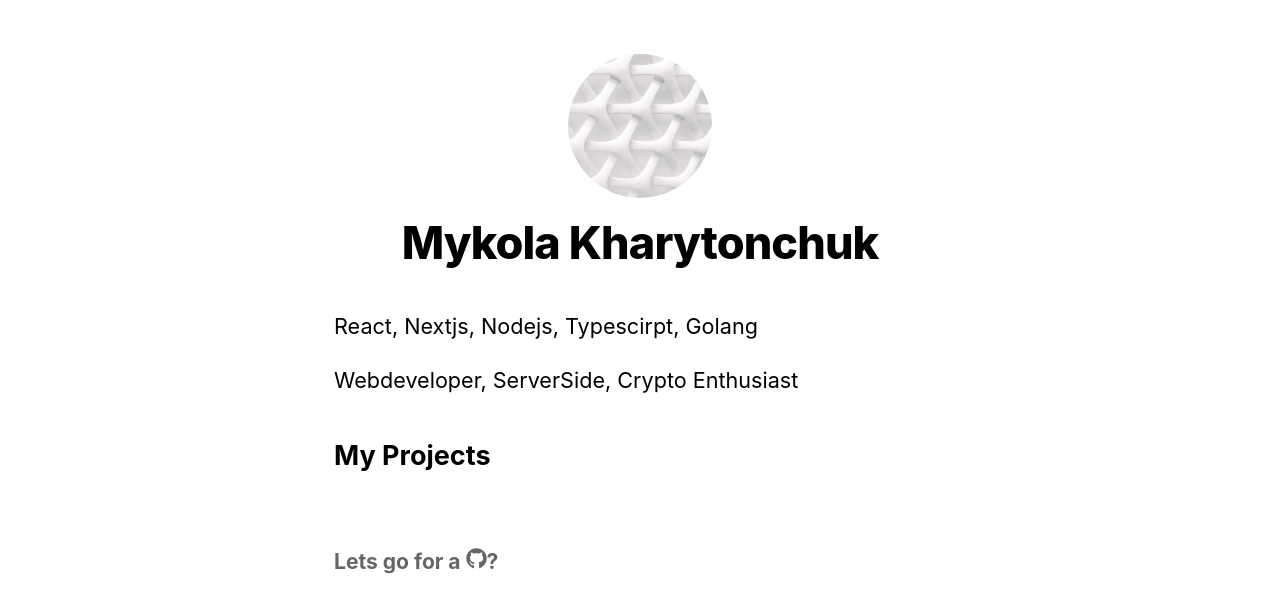
Repository: Mooninghnk/resume
Page: /
An editor plug-in stored every save of this project. The page is shown before and after a run of saves, followed by the edit.
The browser window is 1280 px wide. The pictures show the whole page.
The project was rebuilt for these pictures with package versions that can differ from the ones it lists, and the page was loaded fresh each time. The framework's server and built-in components were replaced by stand-ins that run in the browser.

Above is the page before, as saved 2021-12-29 20:17:41.

### pages/_app.tsx
import '../styles/global.css'

import { AppProps } from 'next/app'

function App({ Component, pageProps }: AppProps) {
  return <Component {...pageProps} />
}

export default App

### pages/index.tsx
import Head from 'next/head'
import Layout from '../components/layout'
import utilStyles from '../styles/utils.module.css'

import {FaGithub } from 'react-icons/fa';
export default function Home({ allPostsData }) {
  return (
    <Layout home>
      <Head>
        <title>{"resume"}</title>
      </Head>
      <section className={utilStyles.headingMd}>
        <p>React, Nextjs, Nodejs, Typescirpt, Golang</p>
        <p>
         Webdeveloper, ServerSide, Crypto Enthusiast{' '}

        </p>
      </section>
      <section className={`${utilStyles.headingMd} ${utilStyles.padding1px}`}>
        <h2 className={utilStyles.headingLg}>My Projects</h2>
        <ul className={utilStyles.list}>

            <li className={utilStyles.listItem} >

              <br />
              <small className={utilStyles.lightText}>
              <h3> Lets go for a <FaGithub />? </h3>
              </small>
            </li>

        </ul>
      </section>
    </Layout>
  )
}

### components/layout.tsx
import Head from 'next/head'
import Image from 'next/image'
import styles from './layout.module.css'
import utilStyles from '../styles/utils.module.css'
import Link from 'next/link'

const name = '[Your Name]'
export const siteTitle = 'Next.js Sample Website'

export default function Layout({ children, home }) {
  return (
    <div className={styles.container}>
      <Head>
        <link rel="icon" href="/favicon.ico" />
        <meta
          name="description"
          content="Learn how to build a personal website using Next.js"
        />
        <meta
          property="og:image"
          content={`https://og-image.vercel.app/${encodeURI(
            siteTitle
          )}.png?theme=light&md=0&fontSize=75px&images=https%3A%2F%2Fassets.zeit.co%2Fimage%2Fupload%2Ffront%2Fassets%2Fdesign%2Fnextjs-black-logo.svg`}
        />
        <meta name="og:title" content={siteTitle} />
        <meta name="twitter:card" content="summary_large_image" />
      </Head>
      <header className={styles.header}>
        {home ? (
          <>
            <Image
              priority
              src="/images/profile.jpg"
              className={utilStyles.borderCircle}
              height={144}
              width={144}
              alt={name}
            />
            <h1 className={utilStyles.heading2Xl}>{"Mykola Kharytonchuk"}</h1>
          </>
        ) : (
          <>
            <Link href="/">
              <a>
                <Image
                  priority
                  src="/images/profile.jpg"
                  className={utilStyles.borderCircle}
                  height={108}
                  width={108}
                  alt={name}
                />
              </a>
            </Link>
            <h2 className={utilStyles.headingLg}>
              <Link href="/">
                <a className={utilStyles.colorInherit}>{name}</a>
              </Link>
            </h2>
          </>
        )}
      </header>
      <main>{children}</main>
      {!home && (
        <div className={styles.backToHome}>
          <Link href="/">
            <a>← Back to home</a>
          </Link>
        </div>
      )}
    </div>
  )
}

Loaded but not shown: styles/global.css (common file); styles/utils.module.css (common file); components/layout.module.css (common file)

After the next 4 saves:
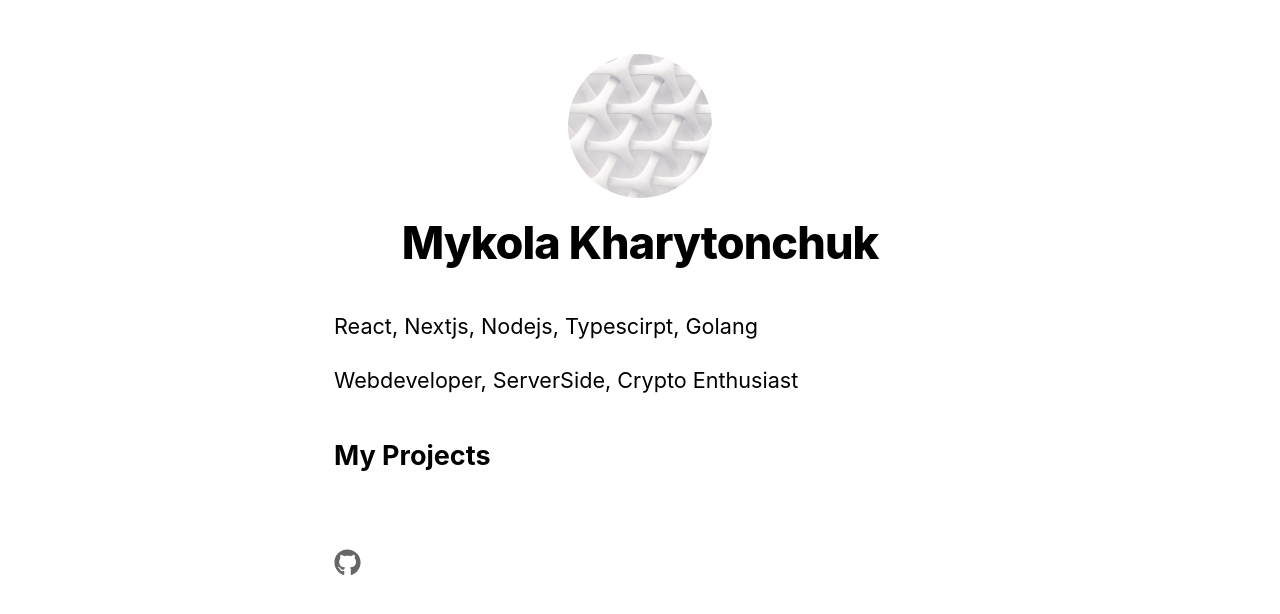
The 4 saves are shown as one change because they came seconds apart.
The last was saved 13 s later.
--- a/pages/index.tsx
+++ b/pages/index.tsx
@@ -24,7 +24,7 @@ export default function Home({ allPostsData }) {
 
               <br />
               <small className={utilStyles.lightText}>
-              <h3> Lets go for a <FaGithub />? </h3>
+              <h1><FaGithub /> </h1>
               </small>
             </li>
 
